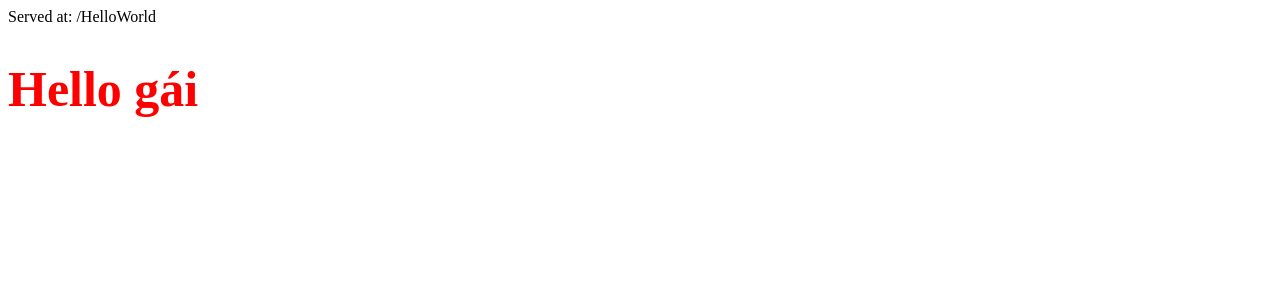
Repository: 1105trxc/LapTrinhWeb-2526
Page: http://localhost/HelloWorld/HelloController
The author's editor kept a copy of each file at every save. The page is drawn from the files as they stood at one save, then again after the next save.
The browser window is 1280 px wide. The pictures show the whole page.
The page is served by Tomcat 10. Other server files are loaded and not shown.

Above is the page before, as saved 2025-08-20 06:26:20.

### HelloWorld/src/main/java/minimal/controller/HelloController.java
package minimal.controller;

import jakarta.servlet.ServletException;
import jakarta.servlet.annotation.WebServlet;
import jakarta.servlet.http.HttpServlet;
import jakarta.servlet.http.HttpServletRequest;
import jakarta.servlet.http.HttpServletResponse;
import java.io.IOException;
import java.io.PrintWriter;

/**
 * Servlet implementation class HelloController
 */
public class HelloController extends HttpServlet {
	private static final long serialVersionUID = 1L;
	private String message;

	@SuppressWarnings("serial")
	public void init() throws ServletException {
	// Do required initialization
	message = "Hello gái";
	}

    /**
     * @see HttpServlet#HttpServlet()
     */
    public HelloController() {
        super();
        // TODO Auto-generated constructor stub
    }

	/**
	 * @see HttpServlet#doGet(HttpServletRequest request, HttpServletResponse response)
	 */
	protected void doGet(HttpServletRequest request, HttpServletResponse response) throws ServletException, IOException {
		// TODO Auto-generated method stub
		response.getWriter().append("Served at: ").append(request.getContextPath());

		// Set response content type
		response.setContentType("text/html");
		// Actual logic goes here.
		PrintWriter out = response.getWriter();
		out.println("<h1 style ='color : red; font-size: 50px' >" + message + "</h1>");

	}

	/**
	 * @see HttpServlet#doPost(HttpServletRequest request, HttpServletResponse response)
	 */
	protected void doPost(HttpServletRequest request, HttpServletResponse response) throws ServletException, IOException {
		// TODO Auto-generated method stub
		doGet(request, response);
	}

}

After the next save:
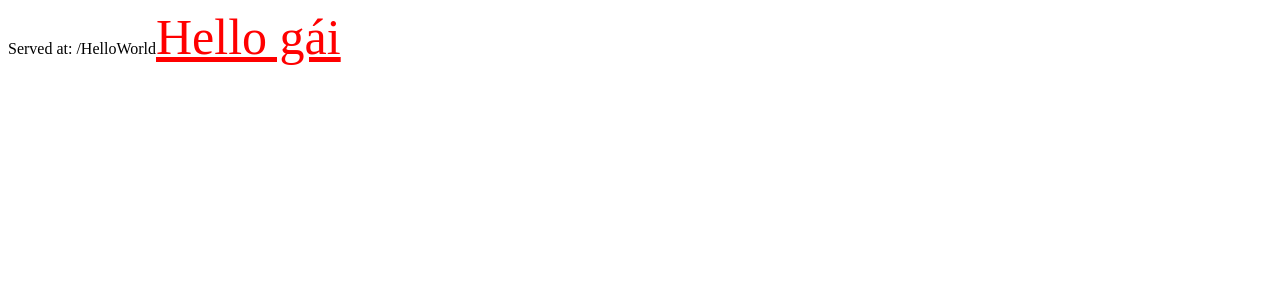
Saved 65 s later.
--- a/HelloWorld/src/main/java/minimal/controller/HelloController.java
+++ b/HelloWorld/src/main/java/minimal/controller/HelloController.java
@@ -40,7 +40,7 @@ public class HelloController extends HttpServlet {
 		response.setContentType("text/html");
 		// Actual logic goes here.
 		PrintWriter out = response.getWriter();
-		out.println("<h1 style ='color : red; font-size: 50px' >" + message + "</h1>");
+		out.println("<a style ='color : red; font-size: 50px' href='https://www.facebook.com/dangkhoa.trac' >" + message + "</a>");
 
 	}
 
